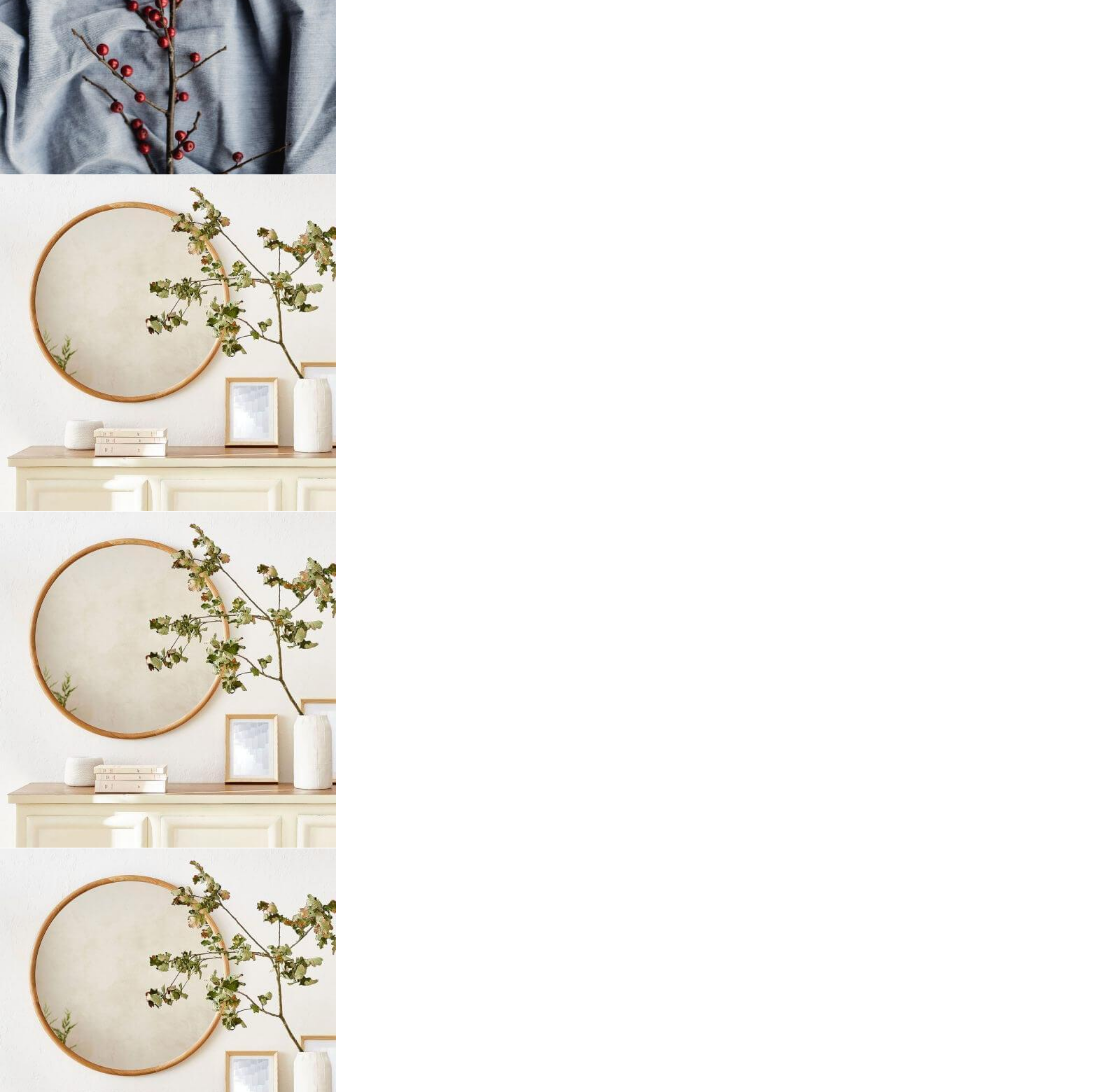
Repository: tudo1611/BC44_HTML5-CSS3_B6_MAIPALY_DO-TRUNG-TU
Page: index.html
An editor plug-in stored every save of this project. The page is shown before and after a run of saves, followed by the edit.
The browser window is 1280 px wide. The page is 1600 px wide, so the pictures cover 1600 px, including what lies to the right of the window. The pictures show the part of the page from y = 3610 to 5170 px (the page is 7317 px tall), at 70% of full size.
Some web fonts or font styles are not loaded; a fallback is used.

Above is the page before, as saved 2023-01-26 22:14:43.

### index.html
<!DOCTYPE html>
<html lang="en">

<head>
  <meta charset="UTF-8" />
  <meta http-equiv="X-UA-Compatible" content="IE=edge" />
  <meta name="viewport" content="width=device-width, initial-scale=1.0" />
  <title>Document</title>
  <link rel="stylesheet" href="https://cdnjs.cloudflare.com/ajax/libs/font-awesome/6.2.1/css/all.min.css" />
  <!-- slick  -->
  <link rel="stylesheet" href="./css/slick.css" />
  <link rel="stylesheet" href="./css/slick-theme.css" />
  <!-- main css  -->
  <link rel="stylesheet" href="./css/style.css" />
</head>

<body>
  <header>
    <div class="header__content">
      <div class="header__logo">
        <i class="fab fa-atlassian"></i>
        <span>Meipaly</span>
      </div>
      <nav>
        <ul>
          <li class="active"><a href="#">Home</a></li>
          <li><a href="#">Service</a></li>
          <li><a href="#">Showcase</a></li>
          <li><a href="#">Blog</a></li>
          <li><a href="#">About us</a></li>
          <li><a href="#">Contact</a></li>
        </ul>
      </nav>
    </div>
  </header>
  <section class="banner"></section>
  <section class="carousel">
    <div class="carousel__content">
      <p>WELCOME TO MEIPALY AGENCY</p>
      <h1>
        SMART WEB <br />
        DESIGN AGENCY
      </h1>
      <button>READ MORE</button>
      <div class="carousel__scroll">
        <i class="fa fa-chevron-down"></i>
      </div>
    </div>
  </section>
  <section class="service">
    <div class="service__content">
      <div class="title">
        <p>SERVICES WE ARE OFFERING</p>
        <h2>WE DESIGN DIGITAL PRODUCTS THAT HELP GROW BUSINESSES.</h2>
        <p>
          We are committed to providing our customers with exceptional service
          while offering <br />
          our employees the best training.
        </p>
      </div>
      <div class="service__slider">
        <div class="slick-content">
          <div class="item">
            <i class="fa fa-dice-d6"></i>
            <p>
              APP MOBILE <br />
              DEVELOPMENT
            </p>
          </div>
          <div class="item">
            <i class="fab fa-autoprefixer"></i>
            <p>
              DIGITAL <br />
              MARKETING
            </p>
          </div>
          <div class="item">
            <i class="fab fa-500px"></i>
            <p>
              SEO &#38; CONTENT <br />
              WRITTING
            </p>
          </div>
          <div class="item">
            <i class="fa fa-blog"></i>
            <p>
              WEBSITE <br />
              DEVELOPMENT
            </p>
          </div>
          <div class="item">
            <i class="fab fa-battle-net"></i>
            <p>
              SEO &#38; CONTENT <br />
              WRITTING
            </p>
          </div>
          <div class="item">
            <i class="fa fa-memory"></i>
            <p>
              APP MOBILE <br />
              DEVELOPMENT
            </p>
          </div>
        </div>
      </div>
    </div>
  </section>
  <section class="blogs">
    <div class="title title--black">
      <p>OUR NEWS &amp; ARTICLES</p>
      <h2>LATEST BLOG POSTS</h2>
      <p>
        We are committed to providing our customers with exceptional service
        while offering our
        <br />
        employees the best training.
      </p>
    </div>
    <div class="blogs__content">
      <div class="blogs__item blogs__metro1">
        <img src="./img/grid-metro-1.jpg" alt="">
      </div>
       <div class="blogs__item">
        <img src="./img/grid-metro-2.jpg" alt="">
      </div>
       <div class="blogs__item">
        <img src="./img/grid-metro-3.jpg" alt="">
      </div>
       <div class="blogs__item">
        <img src="./img/grid-metro-2.jpg" alt="">
      </div>
       <div class="blogs__item">
        <img src="./img/grid-metro-2.jpg" alt="">
      </div>
       <div class="blogs__item">
        <img src="./img/grid-metro-2.jpg" alt="">
      </div>
       <div class="blogs__item">
        <img src="./img/grid-metro-2.jpg" alt="">
      </div>
       <div class="blogs__item">
        <img src="./img/grid-metro-2.jpg" alt="">
      </div>
       <div class="blogs__item">
        <img src="./img/grid-metro-2.jpg" alt="">
      </div>
       <div class="blogs__item">
        <img src="./img/grid-metro-2.jpg" alt="">
      </div>
    </div>
  </section>
  <section class="number"></section>
  <section class="experience"></section>
  <section class="contact"></section>
  <script src="https://code.jquery.com/jquery-3.6.3.slim.js"
    integrity="sha256-DKU1CmJ8kBuEwumaLuh9Tl/6ZB6jzGOBV/5YpNE2BWc=" crossorigin="anonymous"></script>
  <script src="./js/slick.min.js"></script>

  <script>
    $(document).ready(function () {
      $(".slick-content").slick({
        dots: true,
        infinite: true,
        autoplay: true,
        autoplaySpeed: 2000,
        slidesToShow: 5,
        slidesToScroll: 1,
      });
    });
  </script>
</body>

</html>

### css/style.css
* {
  margin: 0;
  padding: 0;
  box-sizing: border-box;
}
html,
body {
  font-family: "Oswald", sans-serif;
  font-size: 62.5%;
  color: #fff;
}

.title {
  text-align: center;
  line-height: 1.6;
}
/* header  */
header {
  background-color: transparent;
  border-bottom: 1px solid rgba(0, 0, 0, 0.2);
  position: absolute;
  z-index: 10;
  width: 100%;
}
.header__content {
  width: 75%;
  margin: 0 auto;
  display: flex;
  justify-content: space-between;
  align-items: center;
  padding: 2.6rem 0;
}
.header__content ul {
  list-style: none;
}
.header__logo {
  font-size: 3.2rem;
  font-weight: 700;
  /* color: #fff; */
}
.header__content li {
  display: inline-block;
  padding: 0 2.6rem;
}
.header__content li.active a {
  color: #e62b4a;
}
.header__content li a {
  font-size: 1.7rem;
  color: #fff;
  text-transform: uppercase;
  text-decoration: none;
}
/* carousel  */
.carousel {
  background-image: url(../img/home_slider.jpg);
  background-size: cover;
  background-position: center;
  height: 70rem;
  display: flex;
  justify-content: center;
  align-items: center;
}
.carousel__content {
  text-align: center;
}
.carousel__content p {
  font-size: 2.5rem;
}
.carousel__content h1 {
  font-size: 7.5rem;
}
.carousel__content button {
  font-size: 1.6rem;
  margin-top: 2rem;
  padding: 1.5rem 2.5rem;
  background-color: #e62b4a;
  color: white;
  border: 1px solid #e62b4a;
  cursor: pointer;
  transition: all 0.5s;
}
.carousel__content button:hover {
  background-color: #af2239;
}
.carousel__scroll i {
  margin-top: 5rem;
  font-size: 3rem;
  animation: arrowDown 1s linear 0s infinite;
}

/* service  */
.service {
  text-align: center;
  padding: 9rem 0;
  background-color: #000;
}
.service__content {
  width: 75%;
  margin: 0 auto;
  letter-spacing: 1px;
}

.service .title p:first-of-type {
  font-size: 1.4rem;
  color: #e62b4a;
  font-weight: 300;
}
.service .title h2 {
  font-size: 5rem;
  color: #fff;
  font-weight: 400;
}
.title p:last-of-type {
  font-size: 1.6rem;
  color: #888888;
  font-weight: 700;
  margin-top: 2rem;
}
.service__slider {
  margin-top: 2rem;
}

.service__slider .item {
  width: 21.4rem;
  height: 23rem;
  border: 2px solid #81807d;
  background-color: #fff;
  color: #848482;
  text-align: center;
  margin: 1rem;
  display: flex;
  flex-direction: column;
  justify-content: center;
  align-items: center;
  position: relative;
}
.service__slider .item i{
  font-size: 5rem;
  color: #888888;
}
.service__slider .item p{
  font-size: 1.4rem;
}
.service__slider .item::after{
  content: "";
  height: 0;
  width: 5px;
  background-color: #e62b4a;
  display: block;
  position: absolute;
  top: 0;
  right: 0;
  transition: all .2s linear;
}
.service__slider .item:hover::after{
  height: 100%;
}
.slick-content .slick-dots li button:before{
  color: #fff;
  font-size: 5rem;
}
.slick-content .slick-dots li.slick-active button:before{
  color: #e62b4a;
}
.slick-prev:before, .slick-next:before{
  visibility: hidden;
}
/* blog  */
.blogs{
  padding: 9rem 0;
  background-color: #fff;
}
.title--black p:first-of-type {
    color: #888888;
    font-weight: 400;
    font-size: 1.4rem;
}
.title--black h2 {
    color: black;
    font-size: 50px;
    font-weight: 400;
}


@keyframes arrowDown {
  form {
    opacity: 1;
    transform: translateY(0);
  }
  to {
    opacity: 0;
    transform: translateY(4rem);
  }
}

Loaded but not shown: css/slick.css (common file); css/slick-theme.css (library); js/slick.min.js (library)

After the next 4 saves:
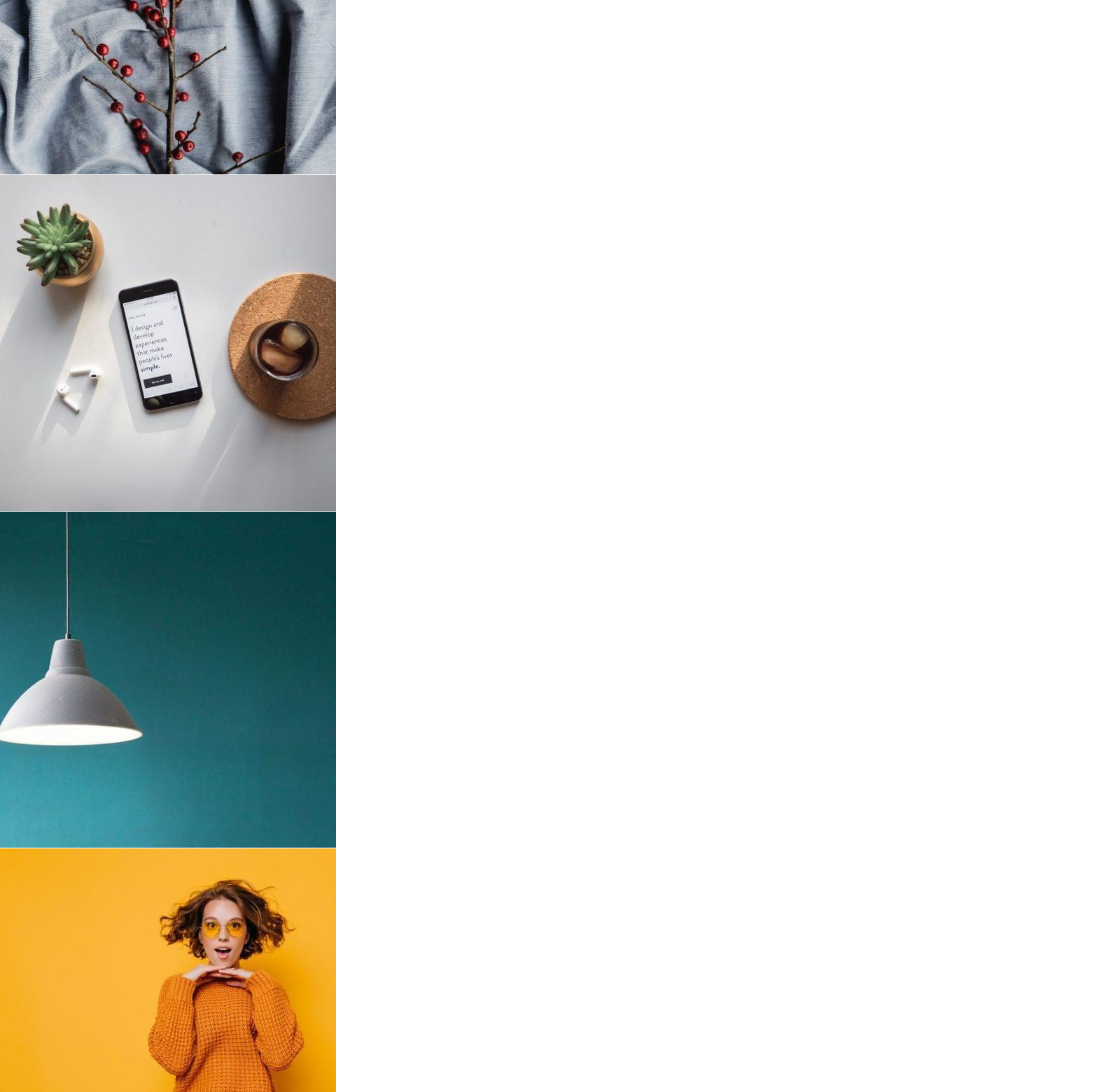
The 4 saves are shown as one change because they came seconds apart.
The last was saved 12 s later.
--- a/index.html
+++ b/index.html
@@ -128,16 +128,16 @@
         <img src="./img/grid-metro-3.jpg" alt="">
       </div>
        <div class="blogs__item">
-        <img src="./img/grid-metro-2.jpg" alt="">
+        <img src="./img/grid-metro-4.jpg" alt="">
       </div>
        <div class="blogs__item">
-        <img src="./img/grid-metro-2.jpg" alt="">
+        <img src="./img/grid-metro-5.jpg" alt="">
       </div>
        <div class="blogs__item">
-        <img src="./img/grid-metro-2.jpg" alt="">
+        <img src="./img/grid-metro-6.jpg" alt="">
       </div>
        <div class="blogs__item">
-        <img src="./img/grid-metro-2.jpg" alt="">
+        <img src="./img/grid-metro-7.jpg" alt="">
       </div>
        <div class="blogs__item">
         <img src="./img/grid-metro-2.jpg" alt="">
